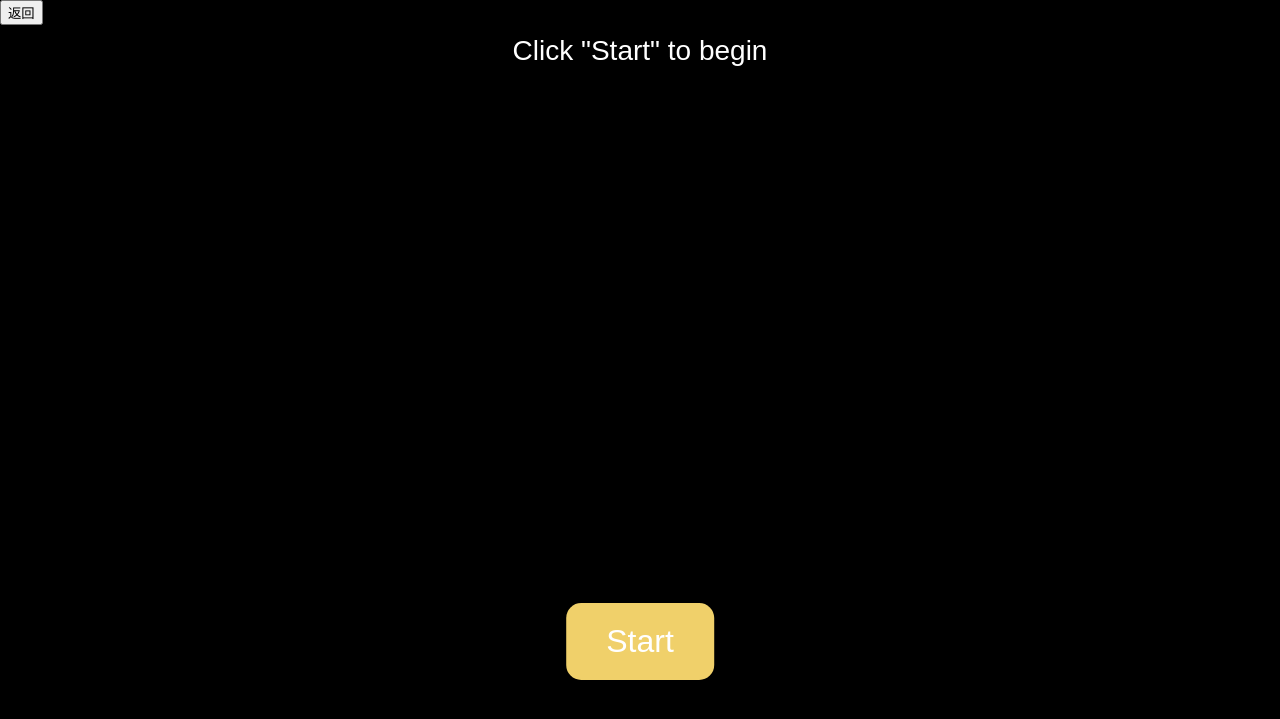
Repository: Jayhawk2000/AR_Game_DCD_Children
Page: challenge/balance/index.html
An editor plug-in stored every save of this project. The page is shown before and after the next save, followed by the edit.
The browser window is 1280 px wide. The pictures show the whole page.

Above is the page before, as saved 2024-10-07 17:01:11.

After the next save:
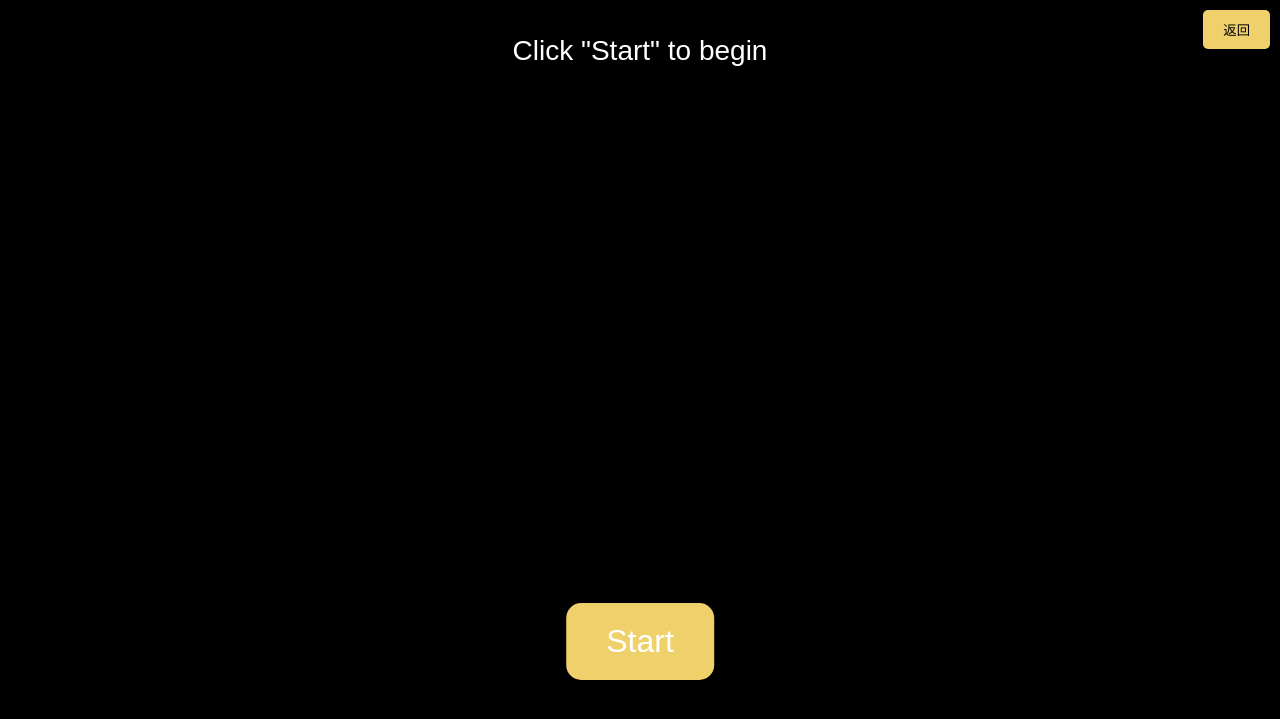
Saved 13 s later.
--- a/challenge/balance/styles.css
+++ b/challenge/balance/styles.css
@@ -130,3 +130,19 @@ body {
 .start-button {
   background-color: rgb(240, 208, 106);
 }
+
+.back-button {
+    position: fixed;
+    top: 10px;
+    right: 10px;
+    z-index: 1000;
+    padding: 10px 20px;
+    background-color: rgb(240, 208, 106);
+    border: none;
+    border-radius: 5px;
+    cursor: pointer;
+}
+
+.back-button:hover {
+    background-color: rgb(220, 188, 86);
+}
